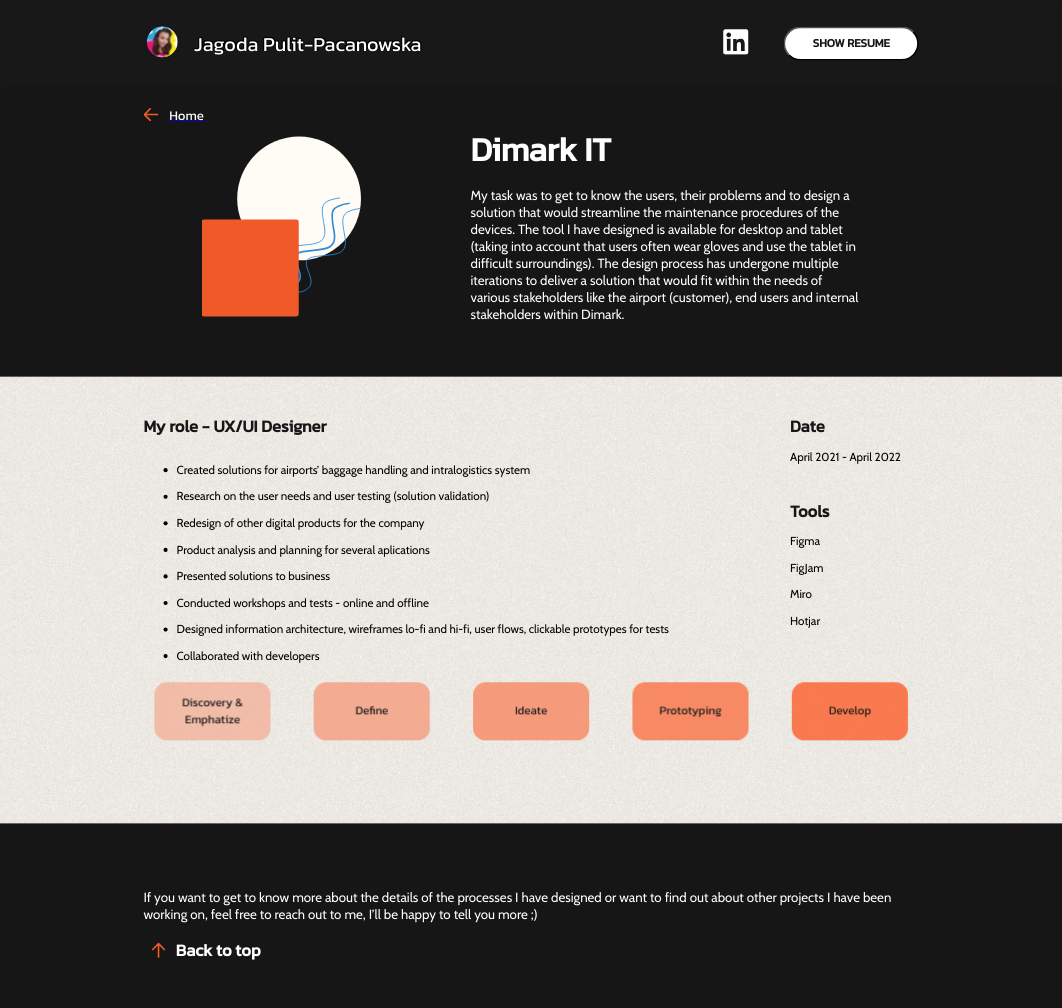
Repository: remigiuszpulit/ux-ui-portfolio
Page: /dimarkit
These files come from the project's save history. The page is drawn as it stood at one moment and after the next save; the edit follows.
The browser window is 1280 px wide. The pictures show the whole page, at 83% of full size.
The project was rebuilt for these pictures with package versions that can differ from the ones it lists, and the page was loaded fresh each time. Also part of the build but not shown: src/components/Card.js, src/pages/index.js.

Above is the page before, as saved 2022-10-03 22:51:43.

After the next save:
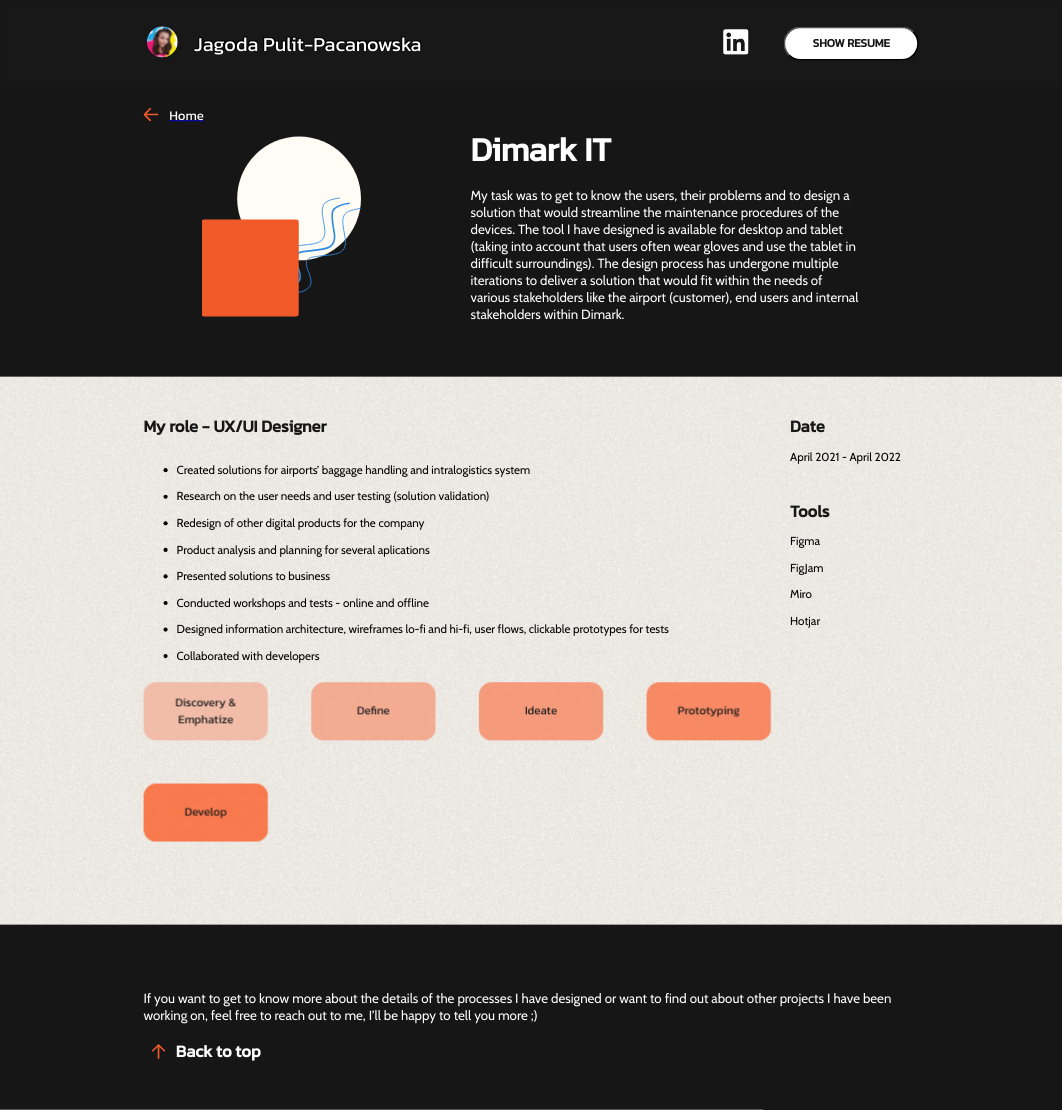
Saved 43 s later.
--- a/src/components/dimark/Pill.js
+++ b/src/components/dimark/Pill.js
@@ -19,7 +19,7 @@
   justify-content: center;
   align-items: center;
   padding: 25px;
-  width: 90px;
+  width: 100px;
   height: 20px;
   gap: 10px;
   z-index: 0;
